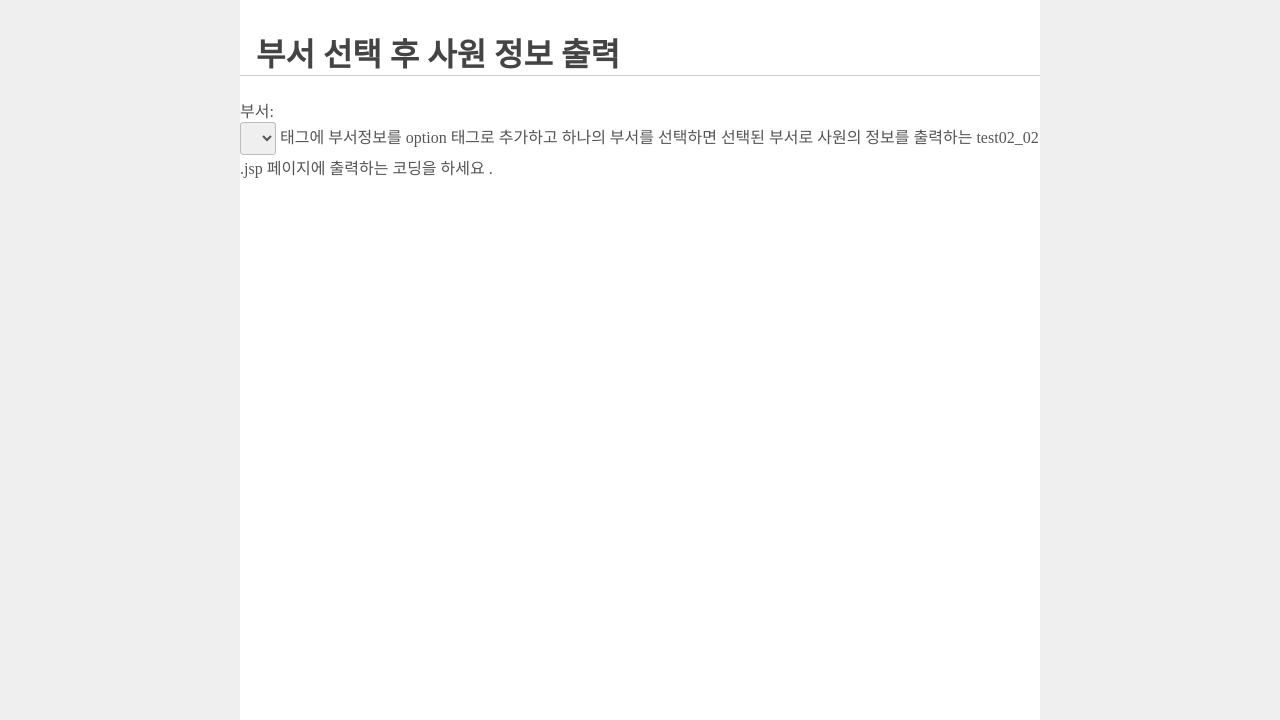
Repository: park-jiwoong/webClass
Page: http://localhost/jspPro/days02/test02.jsp
An editor plug-in stored every save of this project. The page is shown before and after the next save, followed by the edit.
The browser window is 1280 px wide. The pictures show the whole page.
Some web fonts or font styles are not loaded; a fallback is used. The page is served by Tomcat 9.

Above is the page before, as saved 2025-05-22 00:50:20.

After the next save:
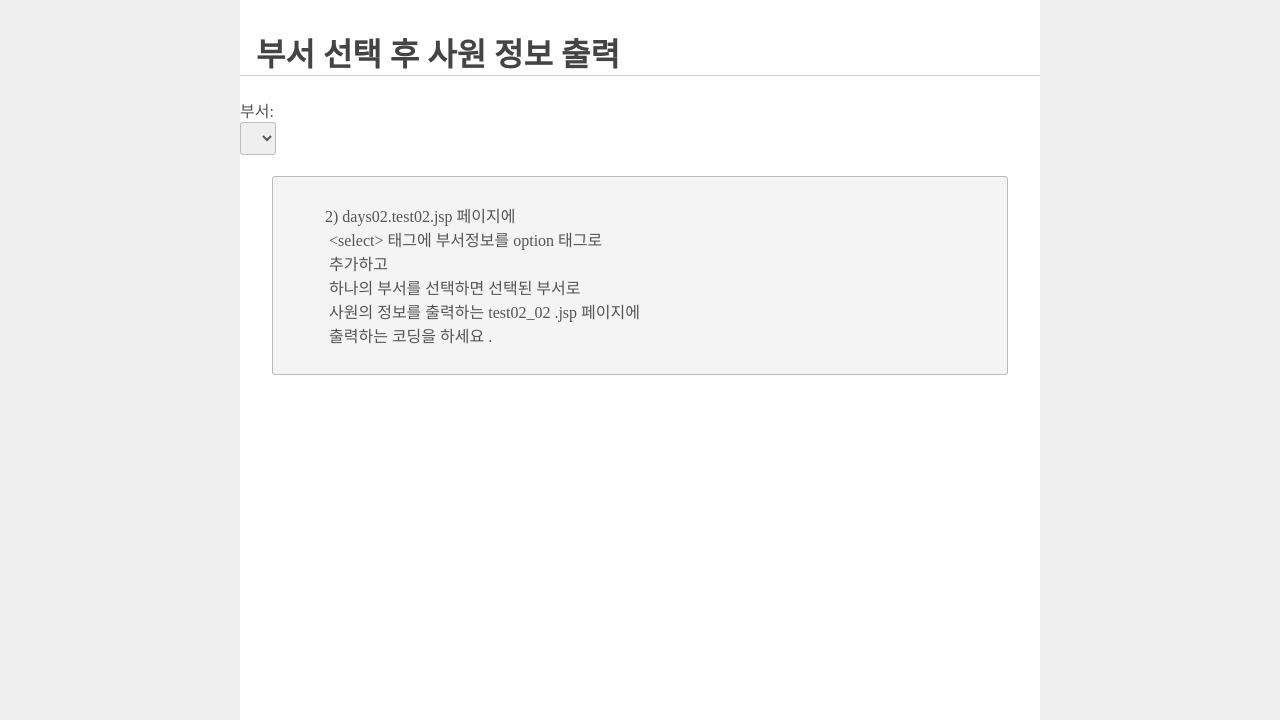
Saved 6 s later.
--- a/webPro/src/main/webapp/JSPClass/jspPro/src/main/webapp/days02/test02.jsp
+++ b/webPro/src/main/webapp/JSPClass/jspPro/src/main/webapp/days02/test02.jsp
@@ -18,7 +18,7 @@
 <body>
 	<h1>부서 선택 후 사원 정보 출력</h1>
 	<form action="dept">부서: </form>
-	<select id="dept" name="dept>
+	<select id="dept" name="dept">
 
 	</select>
 <div>
